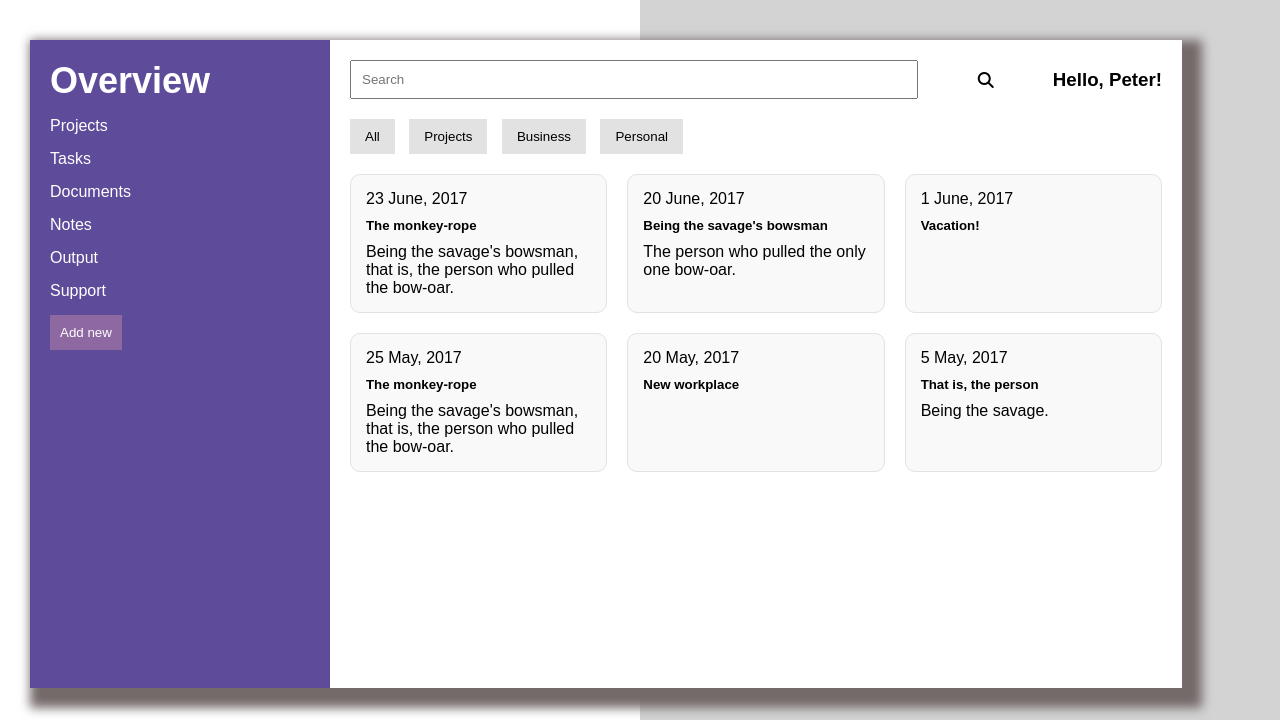
Repository: SatenikGabrielyan/HTML_CSS-_Assignment
Page: index.html
An editor plug-in stored every save of this project. The page is shown before and after a run of saves, followed by the edit.
The browser window is 1280 px wide. The pictures show the whole page.
Some web libraries are served in a nearby version.

Above is the page before, as saved 2025-03-17 19:55:34.

### index.html
<!DOCTYPE html>
<html lang="en">
  <head>
    <meta charset="UTF-8" />
    <meta name="viewport" content="width=device-width, initial-scale=1.0" />
    <title>Notes App</title>
    <link rel="stylesheet" href="./style.css" />
    <!-- Include Font Awesome for icons -->
    <!-- <link href="https://cdnjs.cloudflare.com/ajax/libs/font-awesome/6.0.0-beta3/css/all.min.css" rel="stylesheet"/> -->
    <script src="https://kit.fontawesome.com/858d305f19.js" crossorigin="anonymous"></script>
</head>
  <body>

      <div class="cont">
          <div class="purp"></div>
          <div class="whit"></div>
      </div>
    <div class="container">
<!--
      <nav class="sidebar">
        <div class="sidebar-header">
          <h2>Notes</h2>
        </div>
        <ul class="sidebar-list">
          <li><i class="fas fa-home"></i> Home</li>
          <li><i class="fas fa-search"></i> Search</li>
          <li><i class="fas fa-bell"></i> Notifications</li>
        </ul>
      </nav>

      <main class="main-content">
        <header>
          <div class="header-left">
            <p>Hello, Peter!</p>
          </div>
          <div class="header-right">
            <i class="fas fa-bell"></i>
            <button class="add-note-btn">
              <i class="fas fa-plus"></i> Add New Note
            </button>
          </div>
        </header>
        <section class="notes-grid">

          <div class="note-item image-note">
            <img src="https://via.placeholder.com/150" alt="Note Image" />
          </div>

          <div class="note-item text-note">
            <p>Sample text note content...</p>
          </div>

          <div class="note-item mixed-note">
            <img src="https://via.placeholder.com/150" alt="Note Image" />
            <p>Sample mixed note content...</p>
          </div>
        </section>
      </main> -->
      <aside class="sidebar">
        <header>
            <h2>Overview</h2>
        </header>
        <nav>
            <ul>
                <li>Projects</li>
                <li>Tasks</li>
                <li>Documents</li>
                <li>Notes</li>
                <li>Output</li>
                <li>Support</li>
            </ul>
        </nav>
        <button class="add-new">Add new</button>
    </aside>

    <main class="main-content">
        <div class="header">
            <input type="text" placeholder="Search"><i class="fas fa-search"></i>
            <h3>Hello, Peter!</h3>
        </div>
        <div class="tabs">
            <button>All</button>
            <button>Projects</button>
            <button>Business</button>
            <button>Personal</button>
        </div>
        <div class="notes-grid">
            <div class="note-card">
                <h4>23 June, 2017</h4>
                <h5>The monkey-rope</h5>
                <p>Being the savage's bowsman, that is, the person who pulled the bow-oar.</p>
            </div>
            <div class="note-card">
                <h4>20 June, 2017</h4>
                <h5>Being the savage's bowsman</h5>
                <p>The person who pulled the only one bow-oar.</p>
            </div>
            <div class="note-card">
                <h4>1 June, 2017</h4>
                <h5>Vacation!</h5>
            </div>
            <div class="note-card">
                <h4>25 May, 2017</h4>
                <h5>The monkey-rope</h5>
                <p>Being the savage's bowsman, that is, the person who pulled the bow-oar.</p>
            </div>
            <div class="note-card">
                <h4>20 May, 2017</h4>
                <h5>New workplace</h5>
            </div>
            <div class="note-card">
                <h4>5 May, 2017</h4>
                <h5>That is, the person</h5>
                <p>Being the savage.</p>
            </div>
        </div>
    </main>
    </div>

  </body>
</html>

### style.css
/* CSS Variables for Colors */
/* :root {
    --bg-color: #fbfbfb;
    --primary-color: #8981d8;
    --secondary-color: #d0d0d0;
    --text-color: #858499;
    --highlight-color: #7f77cc;
    --hover-color: rgba(137, 129, 216, 0.5);
  } */

  /* General Reset */
  * {
    margin: 0;
    padding: 0;
    box-sizing: border-box;
  }

  body {
    font-family: Arial, sans-serif;
    background-color: var(--bg-color);
    display: flex;
    height: 100vh;
  }
  /* .wrapper{
    position: relative;
  } */
  .cont{
      display: flex;
      width: 100%;
      position: relative;
      z-index: -1;
      border-radius: 10px;
  }
.purp {
    width: 50%;
    background-color: var(--primary-color);
    flex-direction: row;
}
.whit {
    width: 50%;
    background-color: lightgray;
    flex-direction: row;
}
  .container {
    display: flex;
    width: 90%;
    height: 90%;

    box-shadow: 10px 10px 10px 10px rgb(116, 106, 106);
    margin-left: 30px;
    margin-right: 30px;
    margin-top: 40px;
    margin-bottom: 80px;
    background: center;
    position: absolute;
    z-index: 2;
  }

  /* Sidebar Styling */
  /* .sidebar {
    width: 150px;
    background-color: var(--primary-color);
    color: #fff;
    display: flex;
    flex-direction: column;
    padding: 20px;
  }

  .sidebar-header h2 {
    margin-bottom: 20px;
  }

  .sidebar-list {
    list-style: none;
  }

  .sidebar-list li {
    margin: 15px 0;
    display: flex;
    align-items: center;
    cursor: pointer;
  }

  .sidebar-list li i {
    margin-right: 10px;
  }

  /* Main Content Styling */
  .main-content {
    background-color: white;
    flex-grow: 1;
    padding: 20px;
    overflow-y: auto;
  }

  /* header {
    display: flex;
    justify-content: space-between;
    align-items: center;
    margin-bottom: 20px;
  }

  .header-left p {
    font-size: 1.2em;
    color: var(--text-color);
  }

  .header-right {
    display: flex;
    align-items: center;
  }

  .header-right i {
    margin-right: 20px;
    cursor: pointer;
  }

  .add-note-btn {
    background-color: var(--primary-color);
    color: #fff;
    border: none;
    padding: 10px 20px;
    cursor: pointer;
    display: flex;
    align-items: center;
  }

  .add-note-btn i {
    margin-right: 10px;
  }


  .notes-grid {
    display: grid;
    grid-template-columns: repeat(auto-fill, minmax(300px, 1fr));
    gap: 20px;
  }

  .note-item {
    background-color: #fff;
    border-radius: 8px;
    box-shadow: 0 2px 4px rgba(0, 0, 0, 0.1);
    overflow: hidden;
    display: flex;
    flex-direction: column;
    padding: 20px;
  }

  .note-item img {
    width: 100%;
    height: auto;
    border-radius: 8px;
    margin-bottom: 15px;
  }

  .note-item p {
    color: var(--text-color);
    font-size: 1em;
    line-height: 1.5;
  }


  .sidebar-list li:hover {
    background-color: var(--highlight-color);
    transition: background-color 0.3s ease;
  }


  @media (max-width: 768px) {
    .container {
      flex-direction: column;
    }

    .sidebar {
      width: 100%;
      flex-direction: row;
      justify-content: space-around;
      padding: 10px;
    }

    .sidebar-list {
      display: flex;
      flex-direction: row;
      gap: 15px;
    }

    .sidebar-list li {
      margin: 0;
    }

    .main-content {
      padding: 10px;
    }

    header {
      flex-direction: column;
      align-items: flex-start;
    }

    .header-right {
      margin-top: 10px;
    }

    .notes-grid {
      grid-template-columns: 1fr;
    }

    .note-item {
      padding: 10px;
    }

    .note-item img {
      margin-bottom: 10px;
    }
  } */
  .sidebar {
    background-color: #5e4b9a;
    color: white;
    width: 300px;
    padding: 20px;
}

.sidebar header {
    font-size: 24px;
}

.sidebar nav ul {
    list-style: none;
    padding: 0;
}

.sidebar nav ul li {
    margin: 15px 0;
}

.add-new {
    background-color: #8e68a0;
    color: white;
    border: none;
    padding: 10px;
    cursor: pointer;
}

.main-content {
    flex: 1;
    padding: 20px;
    background-color: white;
}

.header {
    display: flex;
    justify-content: space-between;
    align-items: center;
}

.header input {
    padding: 10px;
    width: 70%;
}

.header h3 {
    margin: 0;
}

.tabs {
    margin: 20px 0;
}

.tabs button {
    margin-right: 10px;
    padding: 10px 15px;
    border: none;
    background-color: #e2e2e2;
    cursor: pointer;
}

.notes-grid {
    display: grid;
    grid-template-columns: repeat(auto-fill, minmax(240px, 1fr));
    gap: 20px;
}

.note-card {
    border: 1px solid #e2e2e2;
    border-radius: 10px;
    padding: 15px;
    background-color: #f9f9f9;
}

.note-card h4 {
    margin: 0;
    font-weight: normal;
}

.note-card h5 {
    margin: 10px 0;
}

After the next 2 saves:
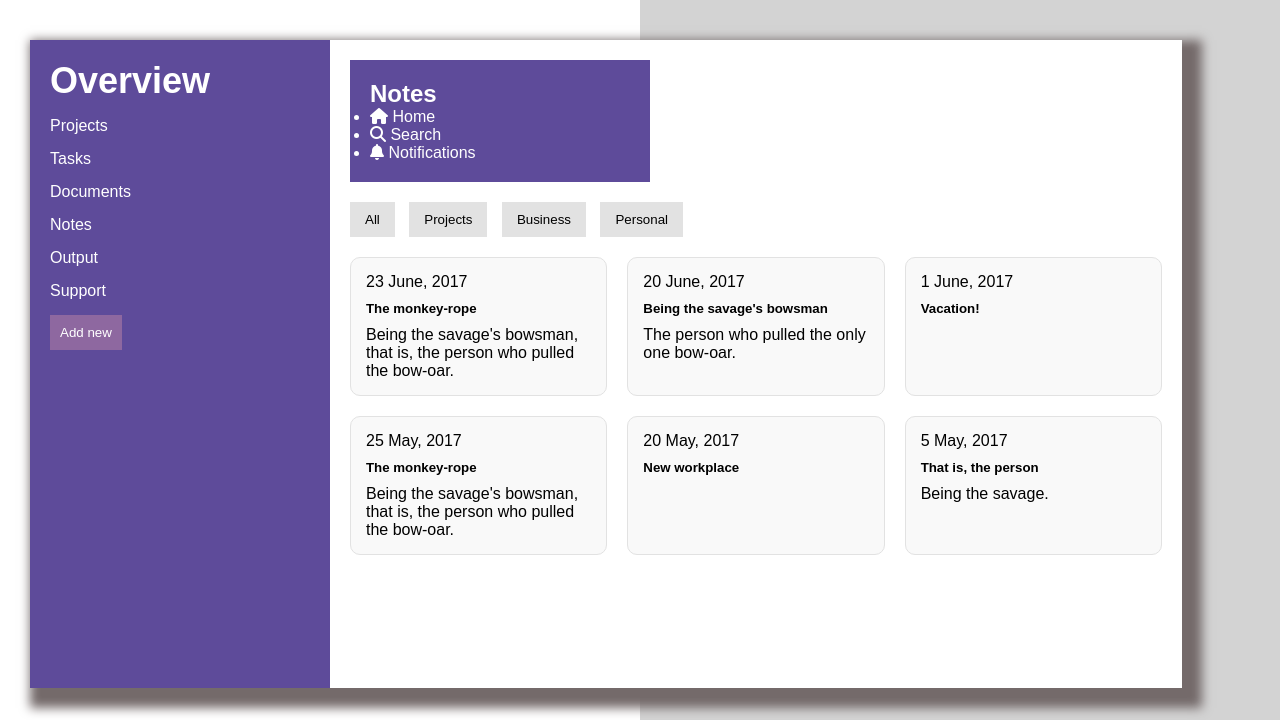
The 2 saves are shown as one change because they came seconds apart.
The last was saved 86 s later.
--- a/index.html
+++ b/index.html
@@ -74,10 +74,20 @@
     </aside>
 
     <main class="main-content">
-        <div class="header">
+        <!-- <div class="header">
             <input type="text" placeholder="Search"><i class="fas fa-search"></i>
             <h3>Hello, Peter!</h3>
-        </div>
+        </div> -->
+        <nav class="sidebar">
+            <div class="sidebar-header">
+              <h2>Notes</h2>
+            </div>
+            <ul class="sidebar-list">
+              <li><i class="fas fa-home"></i> Home</li>
+              <li><i class="fas fa-search"></i> Search</li>
+              <li><i class="fas fa-bell"></i> Notifications</li>
+            </ul>
+          </nav>
         <div class="tabs">
             <button>All</button>
             <button>Projects</button>
